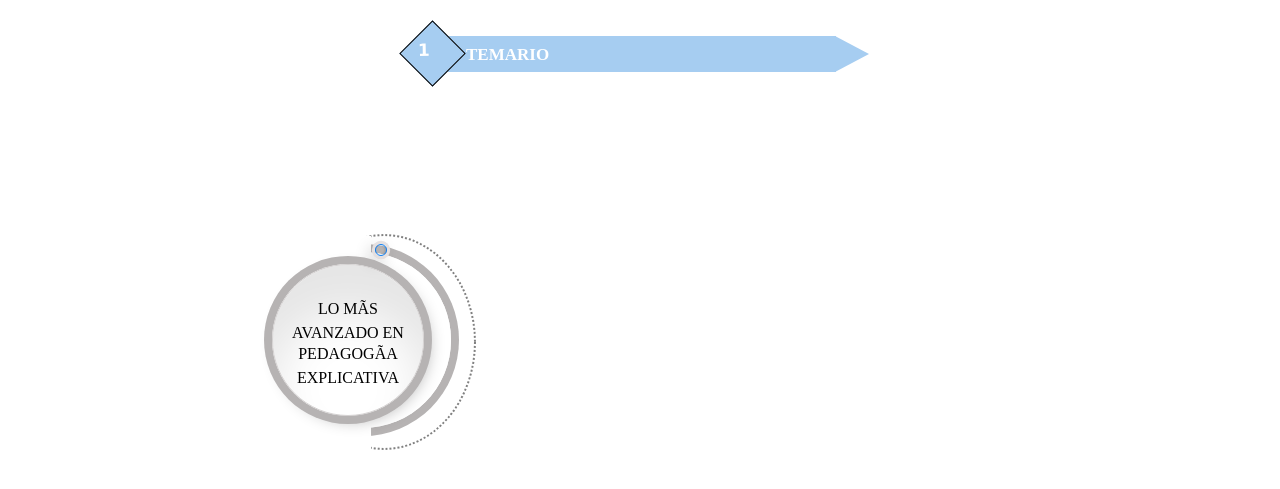
Repository: jennymoreno94/Menu
Page: index.html
An editor plug-in stored every save of this project. The page is shown before and after the next save, followed by the edit.
The browser window is 1280 px wide. The pictures show the whole page.

Above is the page before, as saved 2021-08-01 23:17:10.

### index.html
<!DOCTYPE html>
<html lang=”en”>

<head>
  <link rel="stylesheet" href="estilo.css">
  <meta charset=”UTF-8″ />
  <title>Menu</title>
</head>
<body>
  <container>
    <div class="circulo-completo">
      <div class="circle-menu">
        <p>LO MÁS AVANZADO EN PEDAGOGÍA EXPLICATIVA</p>
      </div>
      <div id="circulo" class="circle-menus derecha">

        <div class="circulo-pequeno num1">

            <div class="linea1">

            </div>
            <div class="boton-agrupado btn1">
                <span class="rombo span1" style="background: rgb(166, 205, 241);">
                <h3 class="text">1</h3></span>
                <a class="button-href color1" style="background: rgb(166, 205, 241);">
                <h3 class="texto">TEMARIO</h3></a><span class="flecha span1" style="border-left: 34px solid rgb(166, 205, 241);"></span>
              </div>
            </div>


      </div>
    </div>
    <div class="circle-punto derecha"> </div>
  </container>
</body>
<script type="text/javascript" src="menu.js"></script>

</html>

### estilo.css


.circulo-completo {
    margin: 250px;
}

.circle-menu {
    position: relative;
    width: 150px;
    height: 150px;
    border: 1px solid rgb(211, 208, 208);
    border-radius: 50%;
    box-shadow: inset 0 3em 3em rgba(0, 0, 0, 0.1), 0 0 0 0.5rem rgb(182, 179, 179), 0.3em 0.3em 1em rgba(0, 0, 0, 0.3);
    float: left;
    z-index: 7;
    margin: 14px;
}

p {
    padding: 1rem;
    text-align: center;
}

.circle-menus {
    position: relative;
    background-color: gray;
    width: 180px;
    height: 180px;
    border-radius: 50% 50%;
    margin-left: -165px;
    float: left;
    z-index: 6;
}

.circle-menus::before {
    position: absolute;
    content: "";
    top: 1%;
    left: 1%;
    background-color: #fff;
    height: 98%;
    width: 98%;
    border-radius: 50% 50%;
    box-shadow: inset 0 3em 3em rgb(255, 255, 255), 0 0 0 0.5rem rgb(182, 179, 179), 0.3em 0.3em 1em rgb(255, 255, 255);
}

.circle-menus::after {
    position: absolute;
    content: "";
    height: 50%;
    background-color: rgb(255, 255, 255);
    border: 1px solid #fff;
    top: 50%;
    left: 0;
    width: 100%;
    box-shadow: inset 0 3em 3em rgb(255, 255, 255), 0 0 0 0.5rem rgb(255, 255, 255), 0.3em 0.3em 1em rgb(255, 255, 255);
}

.circle-menus.derecha {
    transform: rotate(90deg);
}

.circulo-pequeno {
    position: relative;
    width: 10px;
    height: 10px;
    border-radius: 50%;
    box-shadow: inset 0 0.1rem 0.1rem rgba(0, 0, 0, 0.1), 0 0 0 0.2rem rgb(229, 224, 224), 0.3em 0.3em 1em rgba(0, 0, 0, 0.3);
    float: left;
    z-index: 5;
}

.num1 {
    border: 1px solid rgb(10 124 241);
    margin: 66px 0px 48px -6px;
}

.num::after {
    height: 1px;
    background-color: red;
}

.num2 {
    border: 1px solid rgb(32 20 212);
    margin: 42px 0px 0px -4px;
}

.num3 {
    border: 1px solid rgb(190 169 26);
    margin: 21px 0px 0px 2px;
}

.num4 {
    border: 1px solid rgb(200 41 41);
    margin: 4px 0px 0px 10px;
}

.num5 {
    border: 1px solid rgb(222 19 235);
    margin: -6px 0px 0px 16px;
}

.num6 {
    border: 1px solid rgb(18 235 115);
    margin: -8px 0px 0px 18px;
}

.num7 {
    border: 1px solid rgb(89 249 20);
    margin: 2px 0px 0px 18px;
}

.num8 {
    border: 1px solid rgb(100 3 225);
    margin: 18px 0px 0px 11px;
}

.num9 {
    border: 1px solid rgb(32 20 212);
    margin: 39px -1px 0px 3px;
}

.num10 {
    border: 1px solid rgb(32 20 212);
    margin: 66px -14px 0px -3px;
}

.circle-punto {
    position: relative;
    width: 212px;
    height: 180px;
    border-radius: 50% 50%;
    margin-left: -177px;
    border: 2px dotted gray;
    float: left;
    z-index: 4;
}

.circle-punto::before {
    position: absolute;
    content: "";
    top: 1%;
    left: 1%;
    background-color: #fff;
    height: 98%;
    width: 98%;
    border-radius: 50% 50%;
}

.circle-punto::after {
    position: absolute;
    content: "";
    height: 50%;
    background-color: rgb(255, 255, 255);
    border: 1px dotted #fff;
    top: 57%;
    left: 0;
    width: 100%;
}

.circle-punto.derecha {
    transform: rotate(90deg);
}

.boton-agrupado {
    position: relative;
    float: left;
    z-index: 3;
}

.button-href {
    position: relative;
    width: 400px;
    height: 36px;
    background: white;
    display: inline-block;
    color: black;
    text-decoration: none;
    z-index: -1;

}

.flecha {
    position: absolute;
    content: "";
    border-left: 34px solid white;
    border-top: 18px solid transparent;
    border-bottom: 18px solid transparent;
    margin-left: -1px;
}

.texto {
    margin-left: 30px;
    margin-top: 9px;
    font-size: 17px;
    color: white;

}

.btn1 {
    transform: translateY(-268px) translateX(-391px) rotate(630deg);
}

.btn2 {
    transform: translateY(-307px) translateX(-339px) rotate(630deg);
}

.btn3 {
    transform: translateY(-348px) translateX(-294px) rotate(630deg);
}

.btn4 {
    transform: translateY(-382px) translateX(-258px) rotate(630deg);
}

.btn5 {
    transform: translateY(-401px) translateX(-228px) rotate(630deg);
}

.btn6 {
    transform: translateY(-393px) translateX(-192px) rotate(630deg);
}

.btn7 {
    transform: translateY(-403px) translateX(-150px) rotate(630deg);
}

.btn8 {
    transform: translateY(-365px) translateX(-111px) rotate(630deg);
}

.btn9 {
    transform: translateY(-316px) translateX(-58px) rotate(630deg);
}

.btn10 {
    transform: translateY(-263px) translateX(-3px) rotate(630deg);
}

.linea {
    position: relative;
    width: 112px;
    height: 47px;
    border-bottom: 1px solid rgb(68, 66, 66);
    float: left;
    z-index: 4;
}

/*.linea::after {
    position: absolute;
    content: "";
    width: 10px;
    height: 10px;
    border-radius: 50%;
    float: left;
    border: 1px solid #000;

}*/

.linea1 {
    transform: translateY(4px) translateX(-168px) rotate(181deg);
    width: 168px;
}

.linea2 {
    transform: translateY(-4px) translateX(-143px) rotate(186deg);
    width: 140px;
}

.linea3 {
    transform: translateY(-30px) translateX(-115px) rotate(210deg);
    width: 110px;
}

.linea4 {
    transform: translateY(-57px) translateX(-105px) rotate(236deg);
}

.linea5 {
    transform: translateY(-72px) translateX(-91px) rotate(254deg);
}

.linea6 {
    transform: translateY(-76px) translateX(-67px) rotate(270deg);
    width: 100px;
}

.linea7 {
    transform: translateY(-86px) translateX(-51px) rotate(291deg);
    width: 118px;
}

.linea8 {
    transform: translateY(-77px) translateX(-21px) rotate(318deg);
}

.linea9 {
    transform: translateY(-11px) translateX(12px) rotate(169deg);
    width: 140px;
}

.linea10 {
    transform: translateY(-41px) translateX(11px) rotate(361deg);
    width: 168px;
}

.text {
    border-radius: 4px;
    font-family: Verdana;
    color: white;
    position: relative;
    overflow: hidden;
    padding: 4px;
    top: 37%;
    transform: translateY(-111%) rotate( 314deg);
    font-size: 17px;
    text-transform: uppercase;
}

.rombo {
    position: absolute;
    content: "";
    width: 45px;
    height: 45px;
    background: white;
    -webkit-transform: rotate(45deg);
    -moz-transform: rotate(45deg);
    -ms-transform: rotate(45deg);
    -o-transform: rotate(45deg);
    transform: rotate(45deg);
    border: 1px solid;
    margin-left: -27px;
    margin-top: -6px;
    z-index: 1;
}

### menu.js
let circulo = document.getElementById("circulo");

function Menu() {
    for (i = 0; i < 10 ; i++ ) {
        let circuloPequeno = document.createElement("div")
        circuloPequeno.classList.add("circulo-pequeno")
        circuloPequeno.classList.add(`num${i+1}`)

        let linea = document.createElement("div")
        linea.classList.add("linea")
        linea.classList.add(`linea${i+1}`)

        let boton = document.createElement("div")
        boton.classList.add("boton-agrupado")
        boton.classList.add(`btn${i+1}`)

        let color=cambiocolor(i+1)

        let spanRombo =document.createElement("span")
        spanRombo.classList.add("rombo")
        spanRombo.classList.add(`span${i+1}`)
        spanRombo.style.setProperty(`background`, color);

        let h3Rombo =document.createElement("h3")
        h3Rombo.classList.add("text")

        let link =document.createElement("a")
        link.classList.add("button-href")
        link.classList.add(`color${i+1}`)
        link.style.setProperty(`background`, color);

        let span =document.createElement("span")
        span.classList.add("flecha")
        span.classList.add(`span${i+1}`)
        span.style.setProperty(`border-left`,`34px solid ${color}`);

        let h3 =document.createElement("h3")
        h3.classList.add("texto")
        let textoFinal = texto(i+1)

        circulo.appendChild(circuloPequeno)
        circuloPequeno.appendChild(linea)
        circuloPequeno.appendChild(boton)
        boton.appendChild(spanRombo)
        boton.appendChild(link)
        boton.appendChild(span)
        link.appendChild(h3)
        spanRombo.appendChild(h3Rombo)
        h3.append(textoFinal);
        h3Rombo.append(i+1);
    }
}


function texto(num) {
    let texto = ''
    switch (num) {
        case 1: texto='TEMARIO'
        break;
        case 2: texto='SISTEMA EXPLICATIVO'
        break;
        case 3: texto='SISTEMA EVALUATIVO'
        break;
        case 4: texto='COSTOS ECONÓMICOS'
        break;
        case 5: texto='ESTUDIE EN CUALQUIER DISPOSITIVO'
        break;
        case 6: texto='NUESTROS BENEFICIOS'
        break;
        case 7: texto='ADQUIÉRELO CON FACILIDAD'
        break;
        case 8: texto='A TU DISPOSICIÓN EN MINUTOS'
        break;
        case 9: texto='MATEMÁTICAS INTERACTIVAS PARA NIÑOS'
        break;
        case 10: texto='LIBROS DE SUPERACIÓN'
        break;
    }
    return texto
}

function cambiocolor(num) {
    let color = ''
    switch (num) {
        case 1: color='rgb(166, 205, 241)'
        break;
        case 2: color='blue'
        break;
        case 3: color='orange'
        break;
        case 4: color='green'
        break;
        case 5: color='red'
        break;
        case 6: color='pink'
        break;
        case 7: color='green'
        break;
        case 8: color='purple'
        break;
        case 9: color='pink'
        break;
        case 10: color='orange'
        break;
    }
    return color
}




//document.onload = Menu()

After the next save:
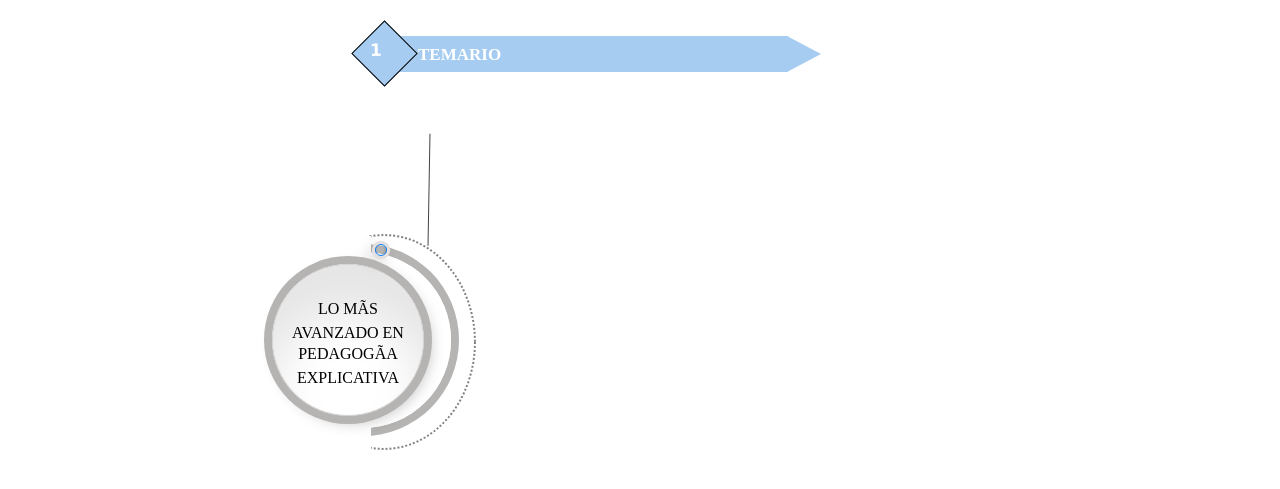
Saved 30 s later.
--- a/index.html
+++ b/index.html
@@ -17,6 +17,7 @@
         <div class="circulo-pequeno num1">
 
             <div class="linea1">
+               <span class="linea"></span>
 
             </div>
             <div class="boton-agrupado btn1">
